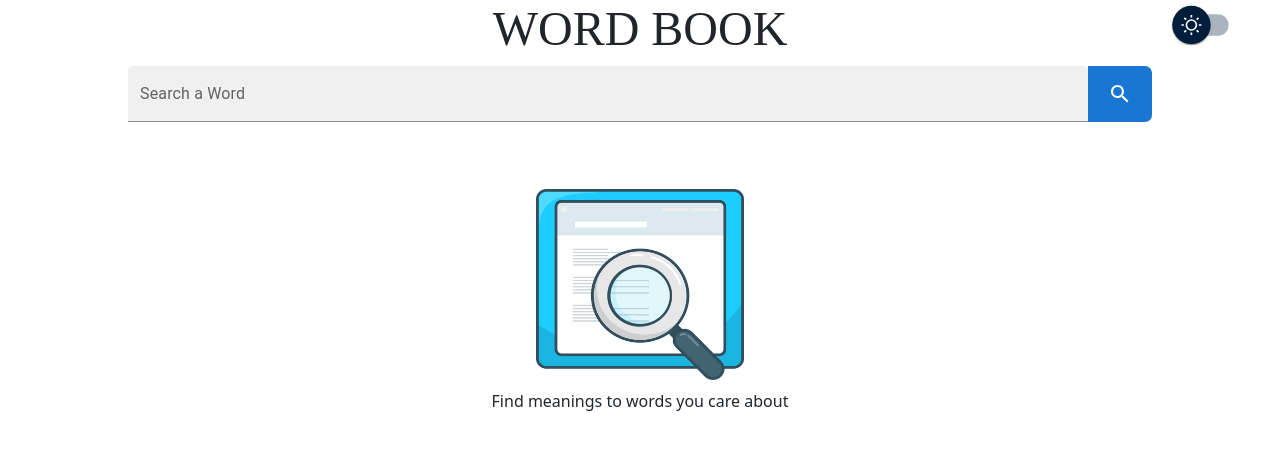
Repository: marveldev/my-dictionary
Page: /
These files come from the project's save history. The page is drawn as it stood at one moment and after the next save; the edit follows.
The browser window is 1280 px wide. The pictures show the whole page.
The project was rebuilt for these pictures with package versions that can differ from the ones it lists, and the page was loaded fresh each time. Also part of the build but not shown: src/components/themeSwitcher/MUISwitch.jsx.

Above is the page before, as saved 2022-05-29 18:01:06.

### public/index.html
<!DOCTYPE html>
<html lang="en">
  <head>
    <meta charset="utf-8" />
    <meta name="viewport" content="width=device-width, initial-scale=1" />
    <meta name="theme-color" content="#000000" />
    <meta name="description" content="Web site created using create-react-app" />
    <link
      href="https://cdn.jsdelivr.net/npm/bootstrap@5.1.3/dist/css/bootstrap.min.css"
      rel="stylesheet"
      integrity="sha384-1BmE4kWBq78iYhFldvKuhfTAU6auU8tT94WrHftjDbrCEXSU1oBoqyl2QvZ6jIW3"
      crossorigin="anonymous"
    />
    <link rel="apple-touch-icon" href="./icon-192x192.png" />
    <link rel="icon" href="./icon-192x192.png" />
    <link rel="manifest" href="./manifest.json" />
    <title>My Dictionary</title>
  </head>
  <body>
    <noscript>You need to enable JavaScript to run this app.</noscript>
    <div id="root"></div>
  </body>
</html>

### src/index.js
import React from 'react'
import ReactDOM from 'react-dom'
import App from './App'
import swDev from './swDev'
import './index.css'

ReactDOM.render(
  <React.StrictMode>
    <App />
  </React.StrictMode>,
  document.getElementById('root'),
)
swDev()

### src/App.js
import { useState } from 'react'
import { createTheme } from '@mui/material'
import { Form, Output, ThemeSwitcher } from './components'

const App = () => {
  const [definitions, setDefinitions] = useState([])
  const [appMode, setAppMode] = useState('online')
  const [isLoading, setIsLoading] = useState(null)

  const storedTheme = localStorage.getItem('theme') || 'light'
  const [theme, setTheme] = useState(storedTheme)

  const themePalette = createTheme({
    palette: {
      mode: theme,
    },
  })

  return (
    <div className={`${theme} app`}>
      <div className="top-column top-0 w-100 pb-4">
        <ThemeSwitcher setTheme={setTheme} theme={theme} themePalette={themePalette} />
        <h1 className="text-center">{definitions?.word || 'WORD BOOK'}</h1>
        <Form
          setDefinitions={setDefinitions}
          themePalette={themePalette}
          setAppMode={setAppMode}
          setIsLoading={setIsLoading}
        />
      </div>

      <Output definitions={definitions} appMode={appMode} isLoading={isLoading} />
    </div>
  )
}

export default App

### src/swDev.js
export default function swDev() {
  let swUrl = `${process.env.PUBLIC_URL}/sw.js`
  navigator.serviceWorker.register(swUrl).then(response => {
    console.warn("response", response)
  })
}

### src/index.css
body {
  margin: 0;
}

.app {
  width: 100%;
  height: 100vh;
  transition: all 0.5s linear 0s;
  overflow: auto;
}

.app::-webkit-scrollbar {
  display: none;
}

.theme-switcher {
  position: absolute;
  right: 2em;
  margin: 0.5em 0 1em;
}

.top-column {
  position: fixed;
  background: #fff;
  z-index: 1;
  transition: all 0.5s linear 0s;
}

h1 {
  font-size: 3em;
  font-family: 'Montserrat light', serif;
}

.form {
  width: 80%;
}

#searchButton {
  border-radius: 0 0.5em 0.5em 0;
  box-shadow: none;
}

.output {
  margin: 11.3em auto 0;
  padding-bottom: 1em;
}

.search-illustration {
  width: 13em;
  height: 13em;
  object-fit: contain;
}

.definition-header {
  padding: 1em 2em;
  font-family: 'Montserrat Medium', serif;
}

.volume-icon {
  transform: scale(1.8);
  color: #000;
}

.definitions-wrapper {
  width: 80%;
  background: #f0f0f0;
}

.definition {
  background: #3b5360;
}

button:active {
  transform: translateY(0.2em);
}

.dark {
  background: #282c34;
  color: #fff;
}

.dark #searchButton {
  background: #1174ff;
  color: #fff;
}

.dark .top-column {
  background: #282c34;
}

.dark .definitions-wrapper {
  background: #3b3f46;
}

.dark .definition {
  background: #355c6c;
}

.dark .volume-icon {
  color: #fff;
}

@media screen and (max-width: 628px) {
  .form {
    width: 95%;
  }

  .output {
    margin-top: 12em;
  }

  .definition-header {
    padding: 0.5em 0;
  }

  .definitions-wrapper {
    width: 95%;
    padding: 0 1em;
  }
}

### src/components/index.js
export { default as Form } from './form/Form'
export { default as Output } from './output/Output'
export { default as ThemeSwitcher } from './themeSwitcher/ThemeSwitcher'

### src/components/form/Form.jsx
import { useState } from 'react'
import debounce from 'lodash.debounce'
import wordList from 'word-list-json'
import { TextField, ThemeProvider, Autocomplete, Button } from '@mui/material'
import SearchIcon from '@mui/icons-material/Search'

const Form = ({ setDefinitions, themePalette, setIsLoading, setAppMode }) => {
  const [filteredWords, setFilteredWords] = useState([])
  const [word, setWord] = useState('')

  const url = `https://api.dictionaryapi.dev/api/v2/entries/en/${word}`

  const doWordFilter = debounce(value => {
    if(value.trim().length >= 1) {
      const wordFilter = wordList?.filter(word => word.startsWith(value.toLowerCase())).slice(0, 30)
      setFilteredWords(wordFilter)
    } else {
      setFilteredWords([])
      setWord('')
      setDefinitions([])
    }
  }, 300)

  const fetchDefinition = async event => {
    event?.preventDefault()
    if (word.trim().length >= 1) {
      setIsLoading(true)

      try {
        const response = await fetch(url)
        const data = await response.json()
        if (data) {
          setIsLoading(null)
          setDefinitions(data[0])
          setAppMode('online')
        }
      } catch (error) {
        setAppMode('offline')
        setDefinitions([])
      }
    }
  }

  return (
    <ThemeProvider theme={themePalette}>
      <>
        <Autocomplete
          freeSolo
          disableClearable
          options={filteredWords.map(word => word)}
          onChange={(event, value) =>
            setWord(value)
          }
          renderInput={params =>
            <form
              className="form d-flex m-auto"
              onSubmit={event => fetchDefinition(event)}
            >
              <TextField
                {...params}
                variant="filled"
                label="Search a Word"
                onChange={event => doWordFilter(event.target.value)}
              />
              <Button type="submit" variant="contained" id="searchButton">
                <SearchIcon />
              </Button>
            </form>
          }
        />
      </>
    </ThemeProvider>
  )
}

export default Form

### src/components/output/Output.jsx
import { IconButton } from '@mui/material'
import VolumeUpIcon from '@mui/icons-material/VolumeUp'
import { searchIllustration, loader } from '../assets'

const Output = ({ definitions, isLoading, appMode }) => {
  const playWord = (url) => {
    const audio = new Audio(url)
    audio?.play()
  }

  return (
    <div className="output">
      {isLoading && appMode === 'online' && (
        <div className="text-center">
          <img src={loader} alt="loading" />
        </div>
      )}

      {!isLoading && (
        <>
          {!definitions && (
            <div className="text-center fs-4 px-4">
              😞 we couldn't find definitions for the word you are looking for.
            </div>
          )}

          {definitions?.length <= 0 && (
            <div className="text-center">
              <img src={searchIllustration} className="search-illustration" alt="search illustration" />
              <p>Find meanings to words you care about</p>
            </div>
          )}

          {definitions?.meanings && (
            <div className="definitions-wrapper m-auto pb-4 rounded">
              <div className="definition-header d-flex align-items-center gap-3">
                {definitions.phonetics[0]?.audio && (
                  <IconButton onClick={() => playWord(definitions.phonetics[0]?.audio)}>
                    <VolumeUpIcon className="volume-icon" />
                  </IconButton>
                )}
                <div>
                  <p className="m-0 fs-5">{definitions?.word}</p>
                  {definitions?.phonetic && <p className="m-0">{definitions?.phonetic}</p>}
                </div>
              </div>
              <ul className="mx-lg-5 ps-0">
                {definitions?.meanings.map((meaning, index) => (
                  <li key={index}>
                    <p>"partOfSpeech": {meaning.partOfSpeech}</p>
                    {meaning.definitions?.map((data, index) => (
                      <div key={index} className="definition text-white rounded p-2 mb-3">
                        <p className="fw-bold">{data.definition}</p>
                        <p>
                          <span className="me-2 fw-bold">Example:</span>
                          {data.example}
                        </p>
                        <p className="mb-0">
                          <span className="me-2 fw-bold">Synonyms:</span>
                          {data.synonyms.join(', ')}
                        </p>
                      </div>
                    ))}
                  </li>
                ))}
              </ul>
            </div>
          )}
        </>
      )}

      {appMode === 'offline' && (
        <div className="text-center fs-4">😞 you are in offline mode or some issue with connection.</div>
      )}
    </div>
  )
}

export default Output

### src/components/themeSwitcher/ThemeSwitcher.jsx
import { FormControlLabel } from '@mui/material'
import { MaterialUISwitch } from './MUISwitch'

const ThemeSwitcher = ({ theme, setTheme, themePalette }) => {
  const switchTheme = () => {
    const currentTheme = theme === 'dark' ? 'light' : 'dark'
    setTheme(currentTheme)
    localStorage.setItem('theme', currentTheme)
  }

  return (
    <div className="theme-switcher">
      <FormControlLabel
        label=""
        control={
          <MaterialUISwitch
            theme={themePalette}
            onChange={switchTheme}
            checked={theme === 'dark' && true}
            aria-label="switch theme"
          />
        }
      />
    </div>
  )
}

export default ThemeSwitcher

### src/components/assets/index.js
export { default as searchIllustration } from './searchIllustration.png'
export { default as loader } from './loader.svg'

After the next save:
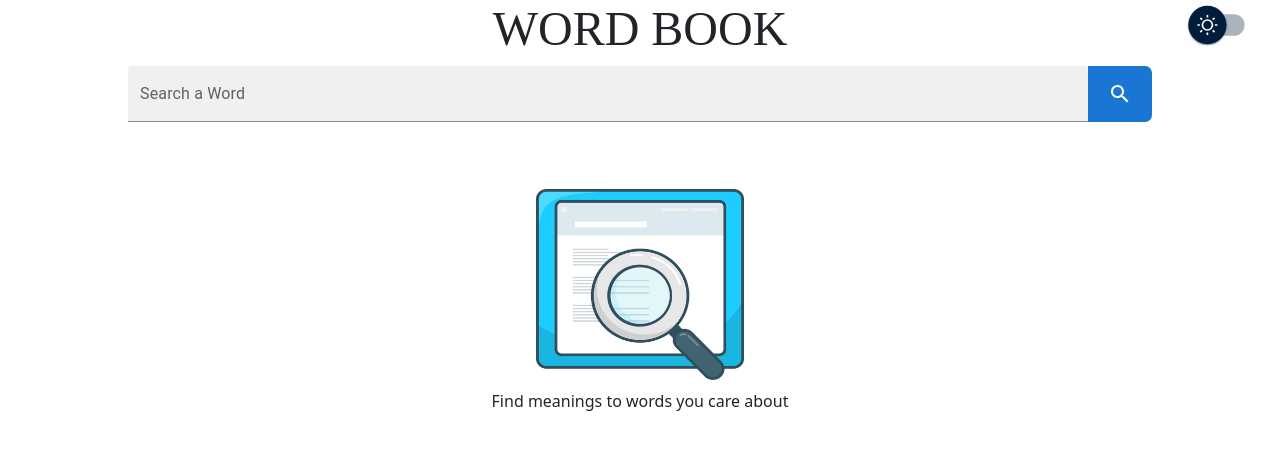
Saved 13 s later.
--- a/src/index.css
+++ b/src/index.css
@@ -15,7 +15,7 @@ body {
 
 .theme-switcher {
   position: absolute;
-  right: 2em;
+  right: 1em;
   margin: 0.5em 0 1em;
 }
 
